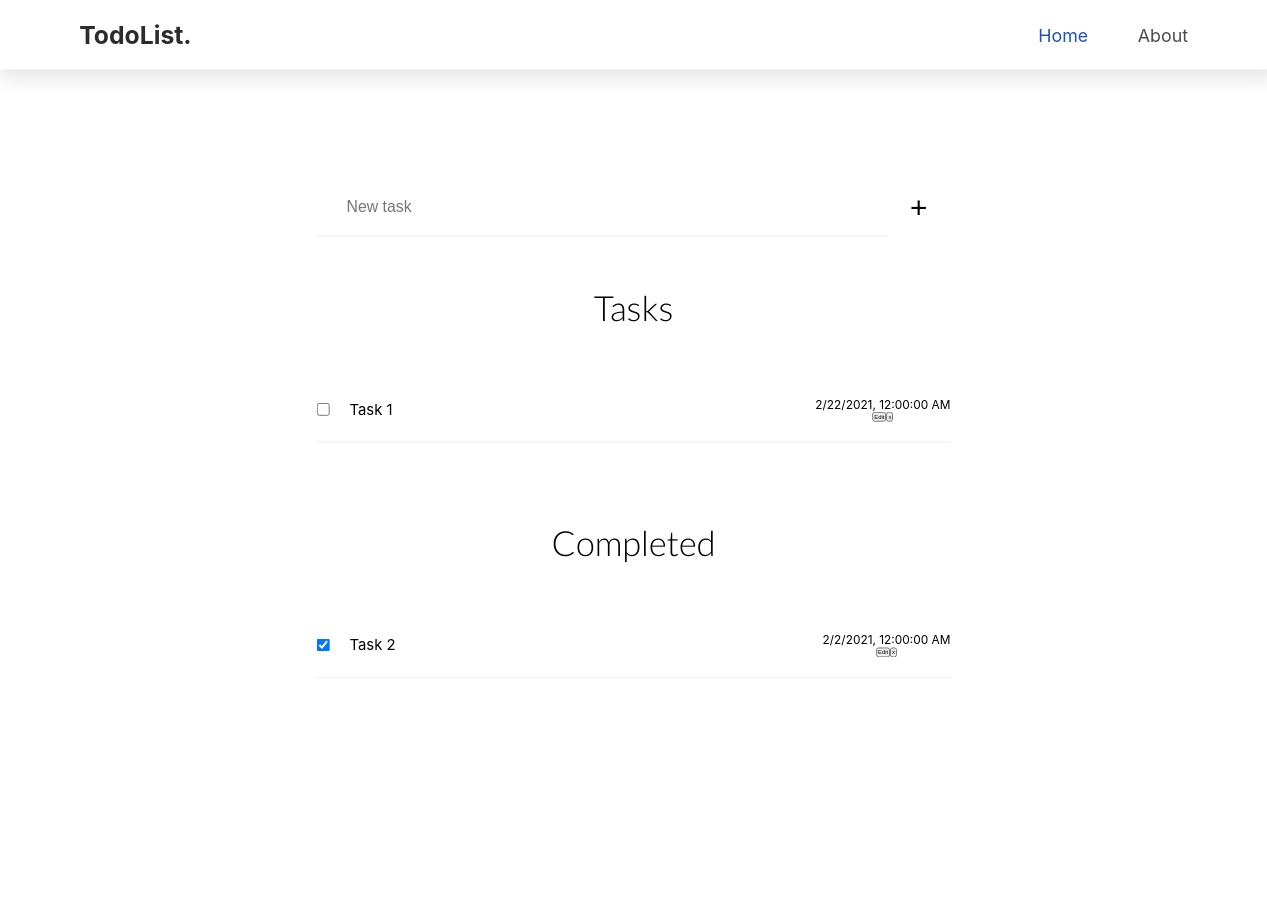
Repository: dqhuy153/react-todoList
Page: /
These files come from the project's save history. The page is drawn as it stood at one moment and after the next save; the edit follows.
The browser window is 1280 px wide. The pictures show the whole page, at 99% of full size.
The project was rebuilt for these pictures with package versions that can differ from the ones it lists, and the page was loaded fresh each time. Also part of the build but not shown: src/components/UI/LoadingSpinner.module.scss.

Above is the page before, as saved 2021-09-16 22:13:53.

### src/App.js
import React, { Suspense } from 'react';
import { Switch, Route } from 'react-router-dom';

import './App.css';
import Layout from './components/layout/Layout';
import LoadingSpinner from './components/UI/LoadingSpinner';

const Home = React.lazy(() => import('./components/pages/Home'));
const About = React.lazy(() => import('./components/pages/About'));

function App() {
  return (
    <Layout>
      <Suspense
        fallback={
          <div className="centered">
            <LoadingSpinner />
          </div>
        }
      >
        <Switch>
          <Route path="/" exact>
            <Home />
          </Route>
          <Route path="/about">
            <About />
          </Route>
          {/* <Route path="/products" exact>
          <Products />
        </Route>
        <Route path="/products/:productId">
          <ProductDetail />
        </Route> */}
        </Switch>
      </Suspense>
    </Layout>
  );
}

export default App;

### src/App.css
@import url('https://fonts.googleapis.com/css2?family=Lato:ital,wght@0,100;0,300;0,400;0,700;0,900;1,100;1,300;1,400;1,700;1,900&display=swap');

* {
  box-sizing: border-box;
  font-size: 62.5%;
  padding: 0;
  margin: 0;
}

.centered {
  margin: 3rem auto;
  text-align: center;
  display: flex;
  justify-content: center;
  align-items: center;
}

### src/components/layout/Layout.js
import React, { Fragment } from 'react';
import AppNavigation from './AppNavigation';

import styles from './Layout.module.scss';

export default function Layout(props) {
  return (
    <Fragment>
      <AppNavigation logoTitle="TodoList." />
      <main className={styles.main}>{props.children}</main>
    </Fragment>
  );
}

### src/components/UI/LoadingSpinner.js
import styles from './LoadingSpinner.module.scss';

const LoadingSpinner = () => {
  return <div className={styles.spinner}></div>;
};

export default LoadingSpinner;

### src/components/pages/Home.js
import { useState } from 'react';
import TodoList from '../todos/TodoList';

import styles from './Home.module.scss';

const initTodoList = [
  {
    id: 1,
    title: 'Task 1',
    date: new Date('2/22/2021'),
    completed: false,
  },
  {
    id: 2,
    title: 'Task 2',
    date: new Date('2/2/2021'),
    completed: true,
  },
];

export default function Home(props) {
  const [todoList, setTodoList] = useState(initTodoList);
  const [newTask, setNewTask] = useState();

  const handleStatusChange = (id) => {
    let updatedTodoList = todoList.map((todo) => {
      if (todo.id === id) {
        todo.completed = !todo.completed;
      }
      return todo;
    });

    setTodoList(updatedTodoList);
  };

  const handleNewTaskChange = (e) => {
    setNewTask(e.target.value);
  };

  const handleAddNew = () => {
    setTodoList((prev) => [
      ...prev,
      {
        id: Math.random(),
        title: newTask,
        date: new Date(),
        completed: false,
      },
    ]);

    setNewTask('');
  };

  return (
    <div className={styles.container}>
      <div className={styles.add}>
        <input
          placeholder="New task"
          value={newTask}
          onChange={handleNewTaskChange}
        />
        <button onClick={handleAddNew}>+</button>
      </div>
      <h1>Tasks</h1>
      <TodoList
        items={todoList.filter((i) => i.completed === false)}
        onStatusChange={handleStatusChange}
      />
      <h1 className={styles['completed-title']}>Completed</h1>
      <TodoList
        items={todoList.filter((i) => i.completed === true)}
        onStatusChange={handleStatusChange}
      />
    </div>
  );
}

### src/components/layout/AppNavigation.js
import React from 'react';
import { NavLink } from 'react-router-dom';

import styles from './AppNavigation.module.scss';

export default function AppNavigation({ logoTitle = 'Demo.', ...props }) {
  return (
    <header className={styles.header}>
      <div className={styles.logo}>{logoTitle}</div>
      <nav>
        <ul>
          <li>
            <NavLink to="/" exact activeClassName={styles.active}>
              Home
            </NavLink>
          </li>
          <li>
            <NavLink to="/about" activeClassName={styles.active}>
              About
            </NavLink>
          </li>
        </ul>
      </nav>
    </header>
  );
}

### src/components/todos/TodoList.js
import React from 'react';
import TodoItem from './TodoItem';

import styles from './TodoList.module.scss';

export default function TodoList({ items, onStatusChange, ...props }) {
  return (
    <ul className={styles.container}>
      {items.map((item) => (
        <li key={item.id}>
          <TodoItem
            id={item.id}
            title={item.title}
            date={item.date}
            completed={item.completed}
            onStatusChange={onStatusChange}
          />
        </li>
      ))}
    </ul>
  );
}

### src/components/pages/Home.module.scss
.container {
  padding: 18rem 0;

  h1 {
    text-align: center;
    font-family: 'Lato', sans-serif;
    font-weight: 300;
    font-size: 3.5rem;
  }

  .completed-title {
    margin-top: 8rem;
  }

  .add {
    text-align: center;
    margin-bottom: 5rem;
    display: flex;
    align-items: center;
    justify-content: center;

    input {
      border: none;
      border-bottom: 1px solid #eee;
      font-size: 1.6rem;
      width: 45%;
      padding: 2rem 3rem;
      outline: none;
    }

    button {
      width: 5%;
      background: none;
      border: none;
      font-size: 3rem;
      font-weight: 100;
      cursor: pointer;
    }
  }
}

### src/components/layout/AppNavigation.module.scss
.header {
  width: 100%;
  height: 7rem;
  display: flex;
  align-items: center;
  justify-content: space-between;
  background-color: #ffffff;
  padding: 0 8rem;
  box-shadow: 5px 5px 20px 5px rgba(0, 0, 0, 0.1);
  position: fixed;
}

.logo {
  font-size: 2.5rem;
  color: rgb(44, 44, 44);
  font-weight: bold;
}

.header ul {
  list-style: none;
  margin: 0;
  padding: 0;
  display: flex;
  align-items: baseline;
}

.header li {
  margin-left: 5rem;
}

.header a {
  text-decoration: none;
  font-size: 1.8rem;
  color: #4b4b4b;
}

.header a:hover,
.header a:active,
.header a.active {
  color: rgb(28, 83, 184);
}

### src/components/todos/TodoItem.js
import styles from './TodoItem.module.scss';

export default function TodoItem({
  id,
  title,
  date,
  completed,
  onStatusChange,
  ...props
}) {
  return (
    <div className={styles.container}>
      <div className={styles.task}>
        <input
          type="checkbox"
          checked={completed}
          onChange={() => onStatusChange(id)}
        />
        <p>{title}</p>
      </div>
      <div>
        <p className={styles.date}>{date.toLocaleString()}</p>
        <div>
          <button>Edit</button>
          <button>x</button>
        </div>
      </div>
    </div>
  );
}

### src/components/todos/TodoList.module.scss
.container {
  text-align: center;
  width: 50%;
  margin: 5rem auto;
  list-style: none;
}

### src/components/todos/TodoItem.module.scss
.container {
  display: flex;
  align-items: center;
  justify-content: space-between;
  padding: 2rem 0;
  border-bottom: 1px solid #eee;
}

.task {
  display: flex;
  align-items: center;

  p {
    padding-left: 2rem;
    font-size: 1.5rem;
  }
}

.date {
  font-size: 1.2rem;
}

Loaded but not shown: public/index.html (common file); src/index.js (common file); src/index.css (common file); src/reportWebVitals.js (common file); src/components/layout/Layout.module.scss (no stored copy; drawn as an empty file)

After the next save:
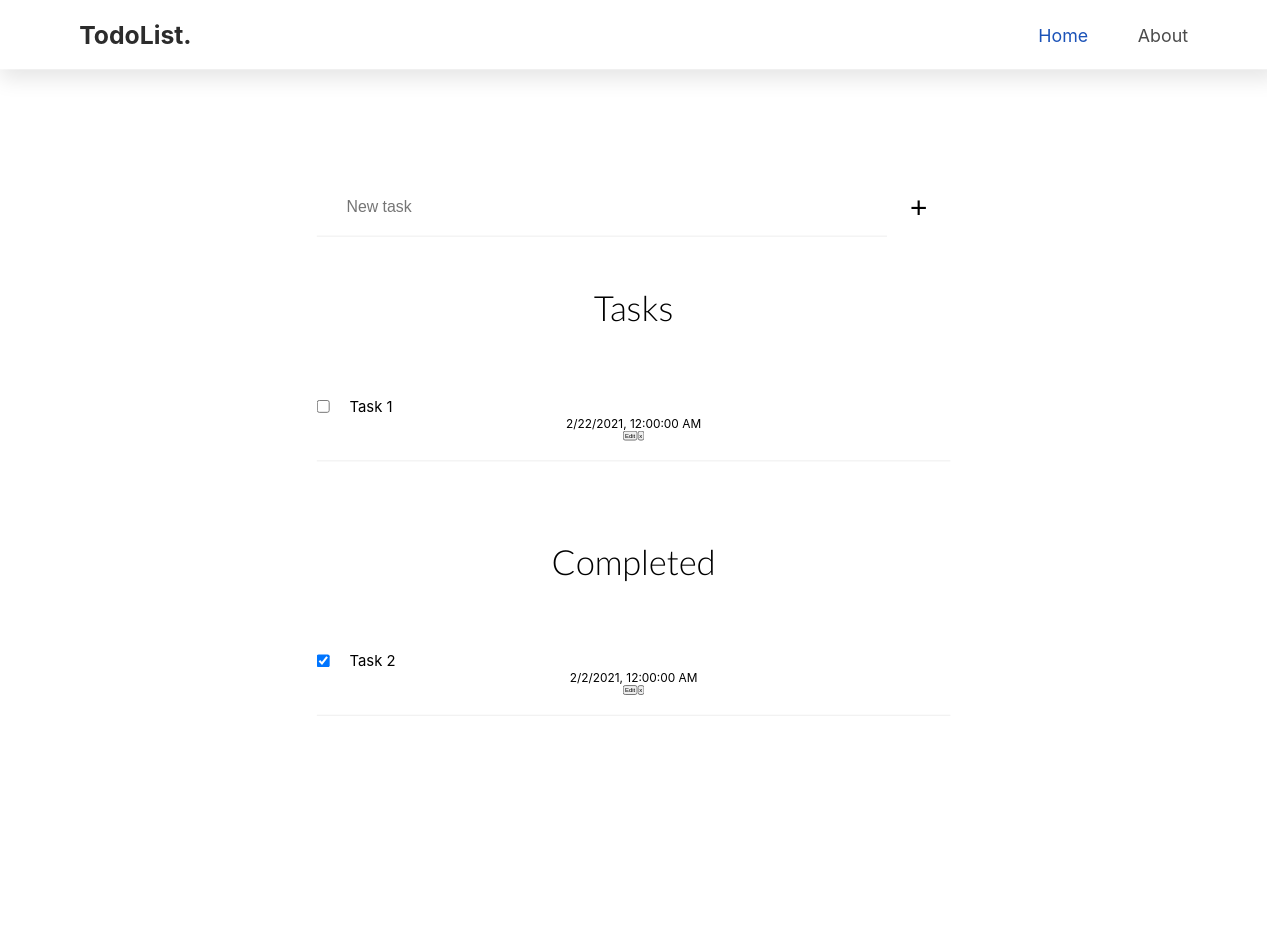
Saved 54 s later.
--- a/src/components/todos/TodoItem.module.scss
+++ b/src/components/todos/TodoItem.module.scss
@@ -1,7 +1,4 @@
 .container {
-  display: flex;
-  align-items: center;
-  justify-content: space-between;
   padding: 2rem 0;
   border-bottom: 1px solid #eee;
 }
@@ -19,3 +16,9 @@
 .date {
   font-size: 1.2rem;
 }
+
+.flex {
+  display: flex;
+  align-items: center;
+  justify-content: space-between;
+}
